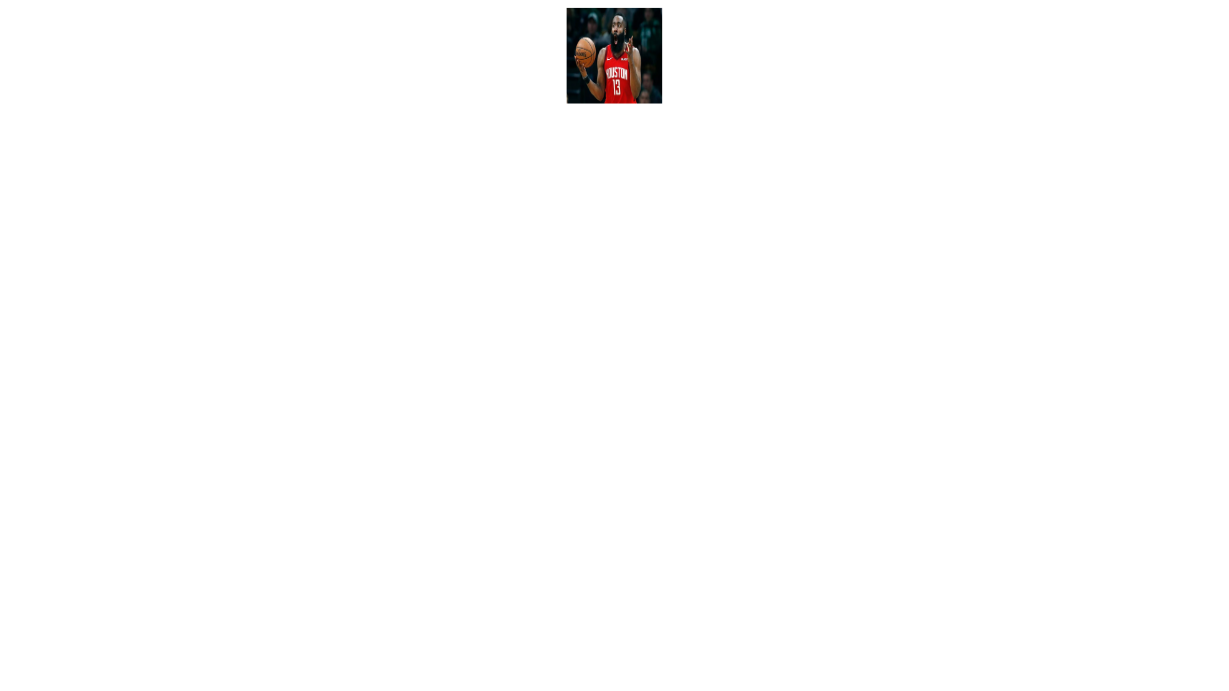
Repository: cleangggg/front
Page: css/ex07.html
The author's editor kept a copy of each file at every save. The page is drawn from the files as they stood at one save, then again after a run of saves.
The browser window is 1280 px wide. The pictures show the whole page, at 96% of full size.

Above is the page before, as saved 2023-05-25 02:11:33.

After the next 2 saves:
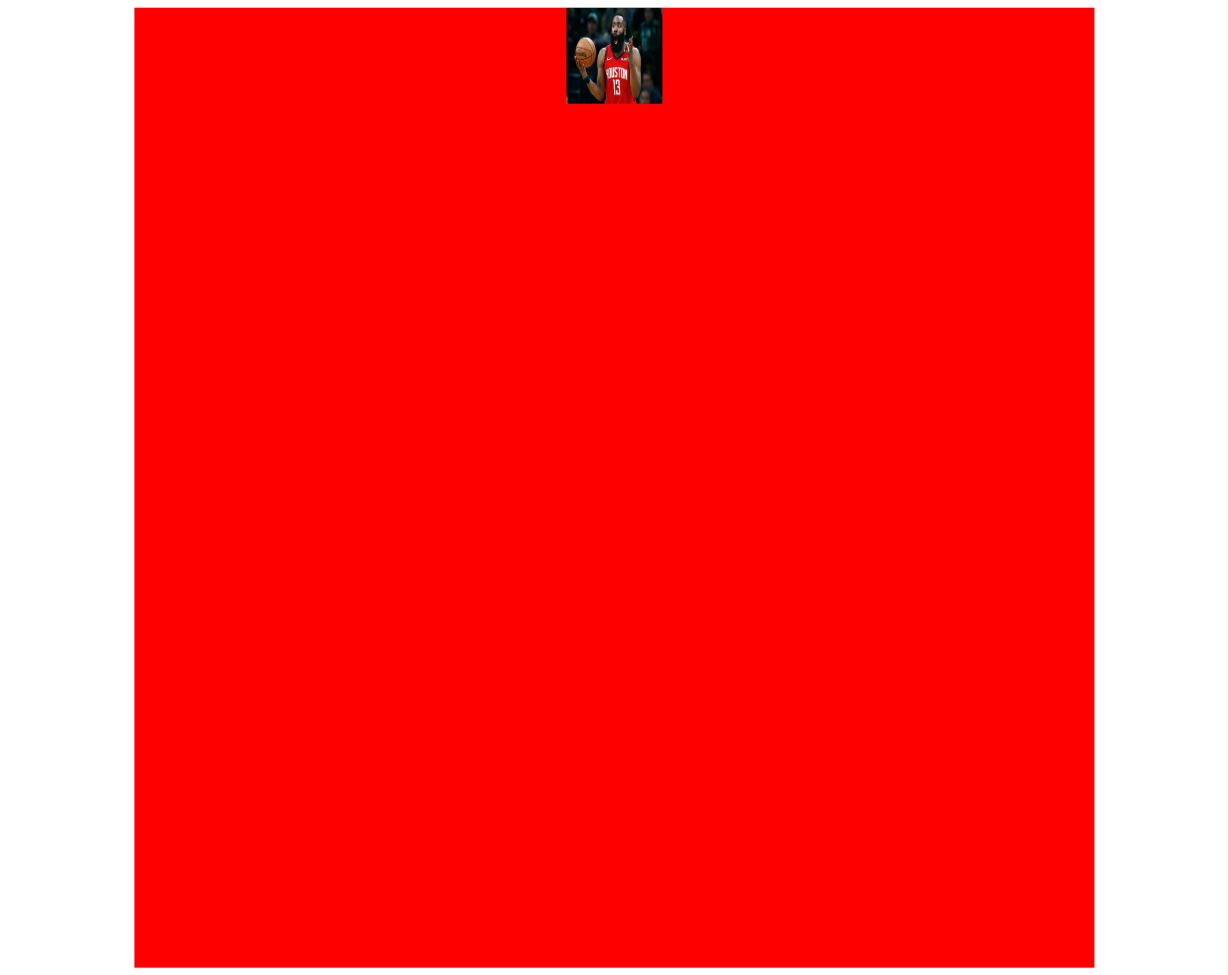
The 2 saves are shown as one change because they came seconds apart.
The last was saved 18 s later.
--- a/css/ex07.html
+++ b/css/ex07.html
@@ -6,8 +6,8 @@
 <style type="text/css">
 	div{text-align :center; background: red;}
 	.img {width:100px; height:100px;}
-	.img:hover{ transform : scale(1.1);}
-	.over {overflow:hidden; width: 100px; height:100px;
+	.img:hover{ transform : scale(5);}
+	.over {overflow:hidden; width: 1000px; height:1000px;
 			margin: auto}
 </style>
 

After the save that followed:
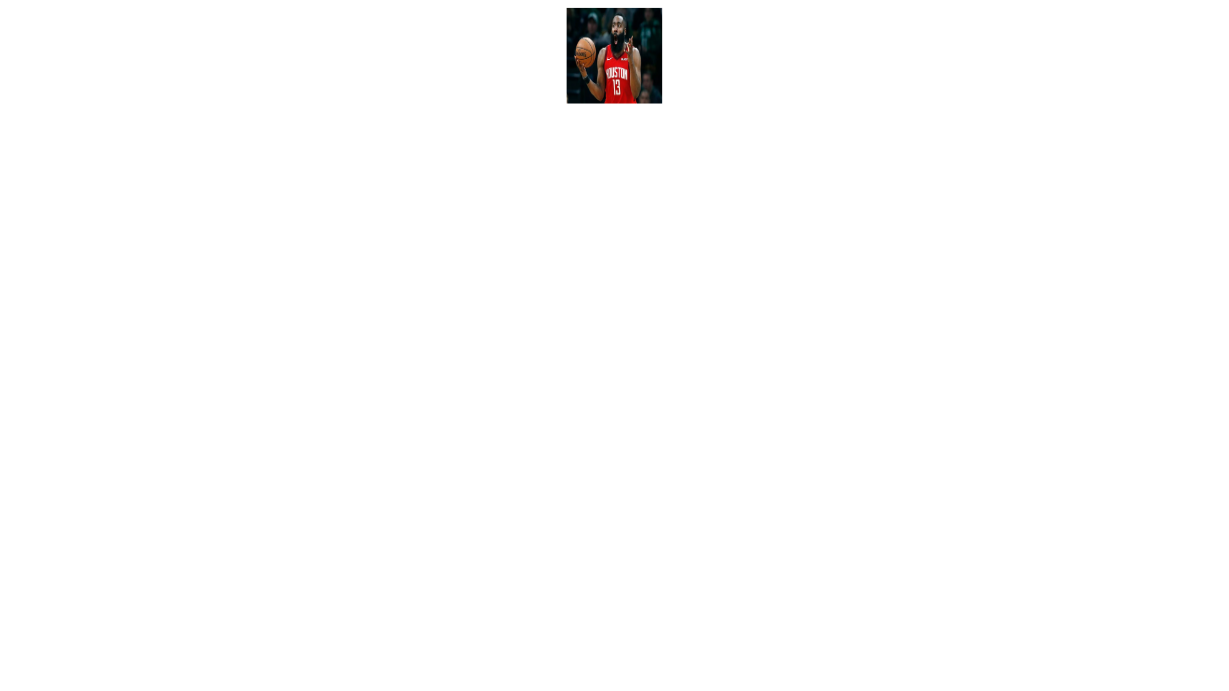
Saved 8 s later.
--- a/css/ex07.html
+++ b/css/ex07.html
@@ -6,8 +6,8 @@
 <style type="text/css">
 	div{text-align :center; background: red;}
 	.img {width:100px; height:100px;}
-	.img:hover{ transform : scale(5);}
-	.over {overflow:hidden; width: 1000px; height:1000px;
+	.img:hover{ transform : scale(1.1)}
+	.over {overflow:hidden; width: 100px; height:100px;
 			margin: auto}
 </style>
 
